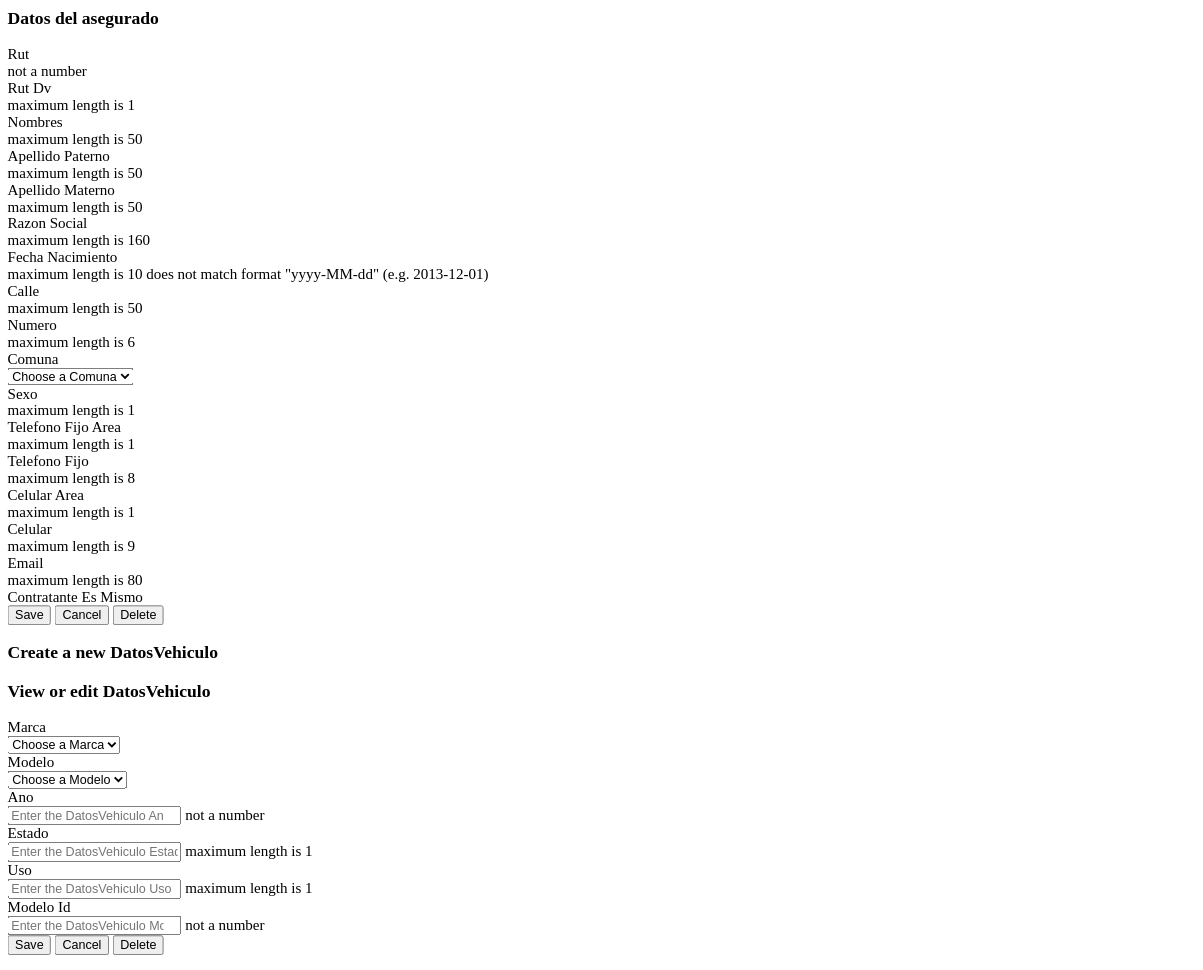
Repository: PabloRPalma/SistemaVentaSeguros
Page: Cotizador/src/main/webapp/views/DatosVehiculo/detail.html
An editor plug-in stored every save of this project. The page is shown before and after the next save, followed by the edit.
The browser window is 1280 px wide. The pictures show the whole page, at 94% of full size.

Above is the page before, as saved 2021-02-06 15:14:41.

After the next save:
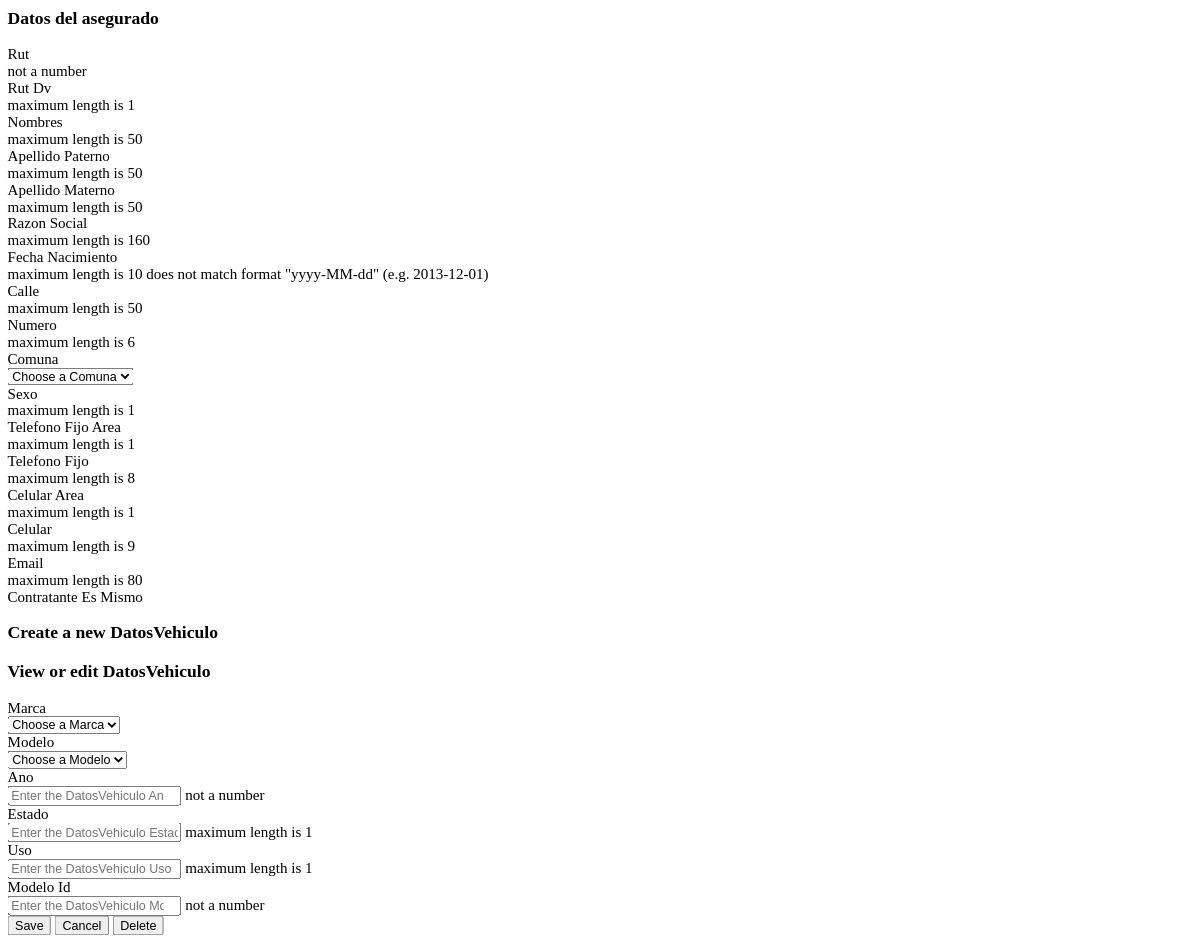
Saved 30 s later.
--- a/Cotizador/src/main/webapp/views/DatosVehiculo/detail.html
+++ b/Cotizador/src/main/webapp/views/DatosVehiculo/detail.html
@@ -151,13 +151,7 @@
             <label  id="contratanteEsMismo" name="contratanteEsMismo" type="checkbox" class="checkbox" ng-model="datosAsegurado.contratanteEsMismo" placeholder="Enter the DatosAsegurado Contratante Es Mismo"></label >
         </div>
     </div>
-    <div class="form-group">
-        <div class="col-sm-offset-2 col-sm-10">
-            <button id="saveDatosAsegurado" name="saveDatosAsegurado" class="btn btn-primary" ng-disabled="isClean() || DatosAseguradoForm.$invalid" ng-click="save()"><span class="glyphicon glyphicon-ok-sign"></span> Save</button>
-            <button id="cancel" name="cancel" class="btn btn-default" ng-click="cancel()"><span class="glyphicon glyphicon-remove-sign"></span> Cancel</button>
-            <button id="deleteDatosAsegurado" name="deleteDatosAsegurado" class="btn btn-danger" ng-show="datosAsegurado.valorizacionId" ng-click="remove()"><span class="glyphicon glyphicon-trash"></span> Delete</button>
-        </div>
-    </div>
+
 </form>
     </div>
     <!-- /#page-wrapper -->
